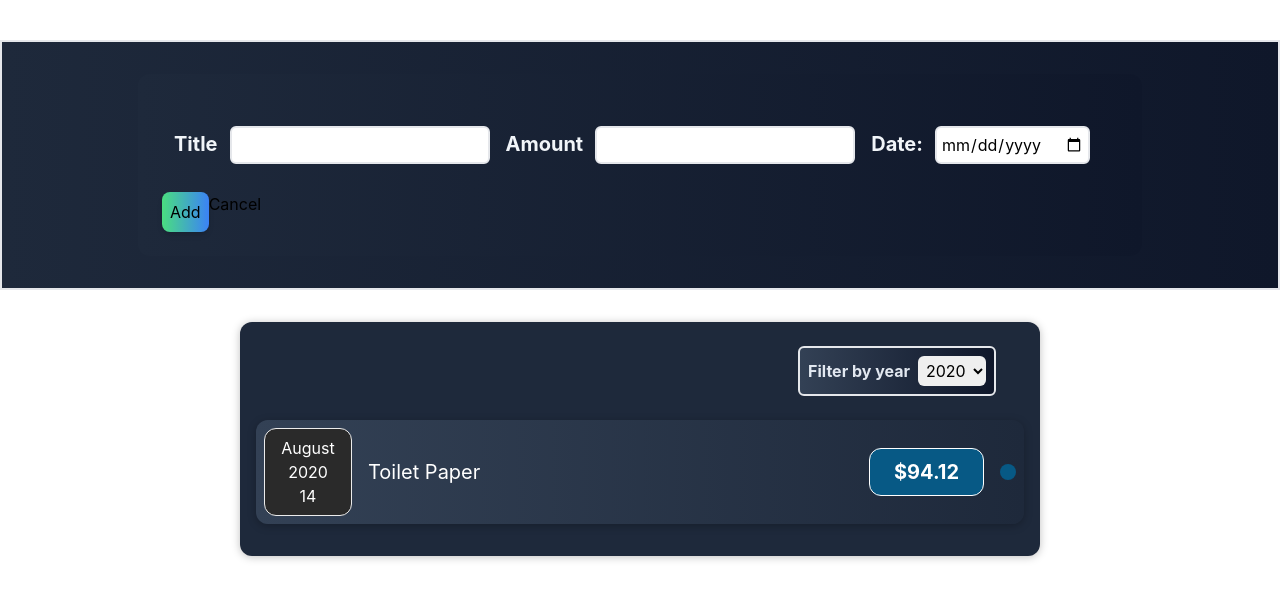
Repository: Sef24/expense-tracker
Page: /, after clicking the first element matching `button`
These files come from the project's save history. The page is drawn as it stood at one moment and after the next save; the edit follows.
The browser window is 1280 px wide. The pictures show the whole page.
The project was rebuilt for these pictures with package versions that can differ from the ones it lists, and the page was loaded fresh each time. Also part of the build but not shown: src/components/NewExpense/NewExpense.css, src/components/NewExpense/ExpenseForm.css.

Above is the page before, as saved 2022-05-03 16:41:00.

### public/index.html
<!DOCTYPE html>
<html lang="en">
  <head>
    <meta charset="utf-8" />
    <link rel="icon" href="%PUBLIC_URL%/favicon.ico" />
    <meta name="viewport" content="width=device-width, initial-scale=1" />

    <meta
      name="description"
      content="Web site created using create-react-app"
    />
    <link rel="apple-touch-icon" href="%PUBLIC_URL%/logo192.png" />
    <!--
      manifest.json provides metadata used when your web app is installed on a
      user's mobile device or desktop. See https://developers.google.com/web/fundamentals/web-app-manifest/
    -->
    <link rel="manifest" href="%PUBLIC_URL%/manifest.json" />
    <!--
      Notice the use of %PUBLIC_URL% in the tags above.
      It will be replaced with the URL of the `public` folder during the build.
      Only files inside the `public` folder can be referenced from the HTML.

      Unlike "/favicon.ico" or "favicon.ico", "%PUBLIC_URL%/favicon.ico" will
      work correctly both with client-side routing and a non-root public URL.
      Learn how to configure a non-root public URL by running `npm run build`.
    -->
    <title>React App</title>
  </head>
  <body>
    <noscript>You need to enable JavaScript to run this app.</noscript>
    <div id="root"></div>
    <!--
      This HTML file is a template.
      If you open it directly in the browser, you will see an empty page.

      You can add webfonts, meta tags, or analytics to this file.
      The build step will place the bundled scripts into the <body> tag.

      To begin the development, run `npm start` or `yarn start`.
      To create a production bundle, use `npm run build` or `yarn build`.
    -->
  </body>
</html>

### src/App.js
import Expenses from "./components/Expenses";
import NewExpense from "./components/NewExpense/NewExpense";
import { useState } from "react";

const DUMMY_DATA = [
  {
    id: "e1",
    title: "Toilet Paper",
    amount: 94.12,
    date: new Date(2020, 7, 14),
  },
  { id: "e2", title: "New TV", amount: 799.49, date: new Date(2021, 2, 12) },
  {
    id: "e3",
    title: "Car Insurance",
    amount: 294.67,
    date: new Date(2021, 2, 28),
  },
  {
    id: "e4",
    title: "New Desk (Wooden)",
    amount: 450,
    date: new Date(2021, 5, 12),
  },
];

function App() {
  const [expenses, setExpenses] = useState(DUMMY_DATA);

  const addExpenseHandler = (expense) => {
    setExpenses((prevExpenses) => {
      return [expense, ...prevExpenses];
    });
  };
  return (
    <div>
      <div>
        <NewExpense onAddExpense={addExpenseHandler} />
        <Expenses items={expenses} />
      </div>
    </div>
  );
}

export default App;

### src/components/Expenses.js
import React, { useState } from "react";
import ExpenseItem from "./ExpenseItem";
import "./Expenses.css";
import ExpensesList from "./ExpensesList";
import ExpensesFilter from "./NewExpense/ExpensesFilter";

function Expenses(props) {
  const [filteredYear, setFilteredYear] = useState("2020");

  const filterChangeHandler = (selectedYear) => {
    setFilteredYear(selectedYear);
  };

  const filteredExpenses = props.items.filter((expense) => {
    return expense.date.getFullYear().toString() === filteredYear;
  });

  return (
    <div>
      <div className="expenses  bg-slate-800 ... ">
        <ExpensesFilter
          selected={filteredYear}
          onChangeFilter={filterChangeHandler}
        />
        <ExpensesList items={filteredExpenses} />
      </div>
    </div>
  );
}

export default Expenses;

### src/components/NewExpense/NewExpense.js
import React from "react";
import "./NewExpense.css";
import ExpenseForm from "./ExpenseForm";
import { useState } from "react";

function NewExpense(props) {
  const [isEditing, setIsEditing] = useState(false);

  const saveExpenseDataHandler = (enteredExpenseData) => {
    const expenseData = {
      ...enteredExpenseData,
      id: Math.random().toString(),
    };

    props.onAddExpense(expenseData);
    setIsEditing(false);
  };

  const startEditingHandler = () => {
    setIsEditing(true);
  };

  const stopEditingHandler = () => {
    setIsEditing(false);
  };

  return (
    <div
      className="flex w-full p-4 mt-10 items-center justify-center border-2
      bg-gradient-to-r from-slate-800 to-slate-900 ... px-10"
    >
      {!isEditing && (
        <button
          onClick={startEditingHandler}
          className="flex items-center justify-center border-2 p-4 rounded-lg text-slate-50"
        >
          Add Expense
        </button>
      )}
      {isEditing && (
        <ExpenseForm
          onSaveExpenseData={saveExpenseDataHandler}
          onCancel={stopEditingHandler}
        />
      )}
    </div>
  );
}

export default NewExpense;

### src/components/ExpenseItem.js
import React, { useState } from "react";
import "./ExpenseItem.css";
import ExpenseDate from "./ExpenseDate";

function ExpenseItem(props) {
  const [title, setTitle] = useState(props.title);

  const clickHandler = () => {
    setTitle("Updated");
    console.log(title);
  };

  return (
    <li>
      <div className="expense-item bg-gradient-to-r  from-slate-700  to-slate-800 ... border-x-cyan-100 ">
        <ExpenseDate date={props.date} />

        <div className="expense-item__description">
          <h2>{props.title}</h2>

          <div className="expense-item__price bg-sky-800">${props.amount}</div>
        </div>
        <button
          className="p-2 ml-4 border-transparent rounded-full border-0
        bg-sky-800 font-bold text-slate-50"
          onClick={clickHandler}
        ></button>
      </div>
    </li>
  );
}

export default ExpenseItem;

### src/components/Expenses.css
.expenses {
  padding: 1rem;

  margin: 2rem auto;
  width: 50rem;
  max-width: 95%;
  border-radius: 12px;
  box-shadow: 0 1px 8px rgba(0, 0, 0, 0.25);
}

### src/components/ExpensesList.js
import React from "react";

import ExpenseItem from "./ExpenseItem";

const ExpensesList = (props) => {
  if (props.items.length === 0) {
    return (
      <h2 className="text-white font-extrabold text-xl flex items-center justify-center">
        Found no expenses...
      </h2>
    );
  }

  return (
    <ul>
      {props.items.map((expense) => (
        <ExpenseItem
          key={expense.id}
          id={expense.id}
          title={expense.title}
          amount={expense.amount}
          date={expense.date}
        />
      ))}
    </ul>
  );
};

export default ExpensesList;

### src/components/NewExpense/ExpensesFilter.js
import React from "react";

const ExpensesFilter = (props) => {
  const dropdownChangeHandler = (event) => {
    props.onChangeFilter(event.target.value);
  };
  return (
    <div className="">
      <div className="flex justify-end p-2 mr-5 ">
        <div
          className="border-2  rounded-md border-inherit p-2 ml-6
        bg-gradient-to-r from-slate-700 to-slate-900 ..."
        >
          <label className="text-slate-200 font-bold mr-2">
            Filter by year
          </label>
          <select
            value={props.selected}
            onChange={dropdownChangeHandler}
            className="rounded-md p-1"
          >
            <option value="2022">2022</option>
            <option value="2021">2021</option>
            <option value="2020">2020</option>
            <option value="2019">2019</option>
          </select>
        </div>
      </div>
    </div>
  );
};

export default ExpensesFilter;

### src/components/NewExpense/ExpenseForm.js
import React, { useState } from "react";
import "./ExpenseForm.css";

function ExpenseForm(props) {
  const [titleHandler, setTitleHandler] = useState("");
  const [amountHandler, setAmountHandler] = useState("");
  const [dateHandler, setDateHandler] = useState("");

  const handleTitleChange = (event) => {
    setTitleHandler(event.target.value);
  };

  const handleAmountChange = (event) => {
    setAmountHandler(event.target.value);
  };

  const handleDateChange = (event) => {
    setDateHandler(event.target.value);
  };

  const handleSubmit = (event) => {
    event.preventDefault();

    const expenseData = {
      title: titleHandler,
      amount: amountHandler,
      date: new Date(dateHandler),
    };
    props.onSaveExpenseData(expenseData);
    setTitleHandler("");
    setAmountHandler("");
    setDateHandler("");
  };

  return (
    <form
      className="bg-gradient-to-r from-slate-800 to-slate-900 ... p-6 m-4 rounded-xl"
      onSubmit={handleSubmit}
    >
      <div className="flex justify-center pt-4 m-3">
        <div className="font-bold text-slate-100 text-xl mr-1 mt-1">Title</div>
        <input
          className="border-2 mr-4 ml-2 rounded-md p-1 hover:bg-slate-50 active:bg-slate-50 "
          type="text"
          onChange={handleTitleChange}
          value={titleHandler}
        />

        <div className="font-bold text-slate-100 text-xl mr-1 mt-1">Amount</div>
        <input
          className="border-2 mr-4 ml-2 rounded-md p-1 hover:bg-slate-50 active:bg-slate-50"
          type="number"
          min="0.01"
          step="0.01"
          onChange={handleAmountChange}
          value={amountHandler}
        />

        <div className="font-bold text-slate-100 text-xl mr-1 mt-1">Date:</div>
        <input
          className="border-2 mr-4 ml-2 rounded-md p-1 hover:bg-slate-50 active:bg-slate-50"
          type="date"
          onChange={handleDateChange}
          value={dateHandler}
        />
      </div>
      <div className="flex">
        <button
          type="submit"
          className="p-2 mt-4 border-3 border-solid rounded-lg shadow-md
          bg-gradient-to-r from-green-400 to-blue-500
          hover:from-pink-500 hover:to-yellow-500 ...
          active:opacity-75"
        >
          Add
        </button>
        <button
          type="button"
          onClick={props.onCancel}
          className="flex items-center justify-center"
        >
          Cancel
        </button>
      </div>
    </form>
  );
}

export default ExpenseForm;

### src/components/ExpenseItem.css
.expense-item {
  display: flex;
  justify-content: space-between;
  align-items: center;
  box-shadow: 0 2px 8px rgba(0, 0, 0, 0.25);
  padding: 0.5rem;
  margin: 1rem 0;
  border-radius: 12px;
}

.expense-item__description {
  display: flex;
  flex-direction: column;
  gap: 1rem;
  align-items: flex-end;
  flex-flow: column-reverse;
  justify-content: flex-start;
  flex: 1;
}

.expense-item h2 {
  color: #3a3a3a;
  font-size: 1rem;
  flex: 1;
  margin: 0 1rem;
  color: white;
}

.expense-item__price {
  font-size: 1rem;
  font-weight: bold;
  color: white;

  border: 1px solid white;
  padding: 0.5rem;
  border-radius: 12px;
}

@media (min-width: 580px) {
  .expense-item__description {
    flex-direction: row;
    align-items: center;
    justify-content: flex-start;
    flex: 1;
  }

  .expense-item__description h2 {
    font-size: 1.25rem;
  }

  .expense-item__price {
    font-size: 1.25rem;
    padding: 0.5rem 1.5rem;
  }
}

### src/components/ExpenseDate.js
import React from "react";
import "./ExpenseDate.css";

function ExpenseDate(props) {
  const month = props.date.toLocaleString("en-US", { month: "long" });
  const day = props.date.getDate();
  const year = props.date.getFullYear();

  return (
    <div className="expense-date">
      <div className="expense__month">{month}</div>
      <div className="expense__year">{year}</div>
      <div className="expense__day">{day}</div>
    </div>
  );
}

export default ExpenseDate;

Loaded but not shown: src/index.js (common file); src/index.css (common file); src/components/ExpenseDate.css (common file); tailwind.config.js (common file)

After the next save:
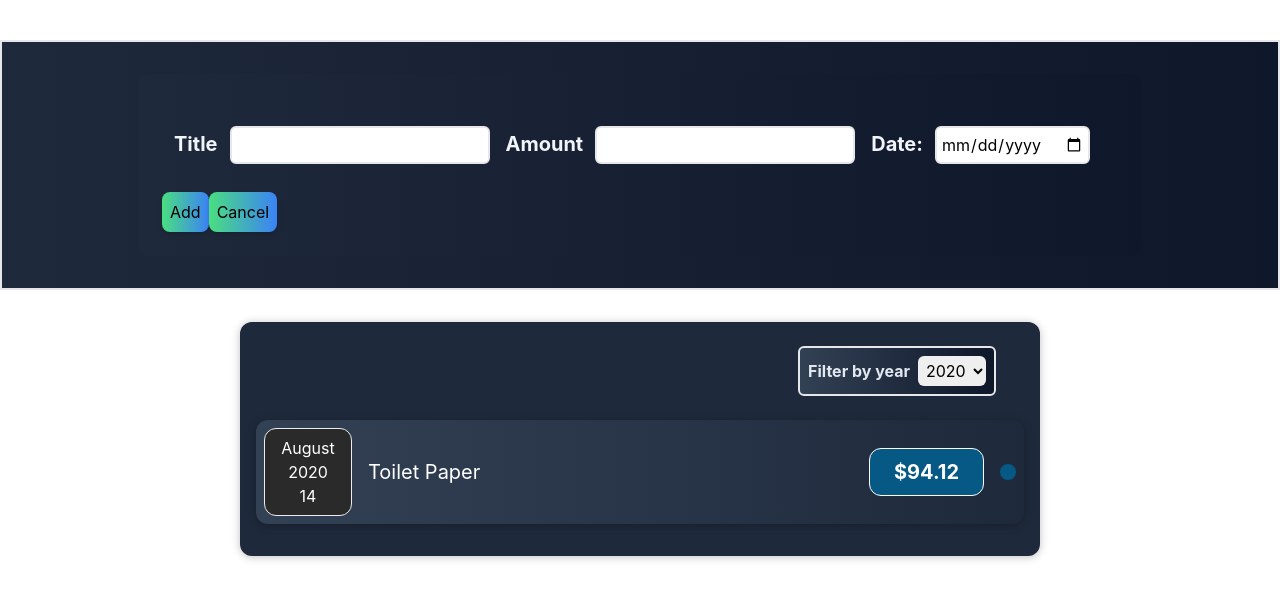
Saved 28 s later.
--- a/src/components/NewExpense/ExpenseForm.js
+++ b/src/components/NewExpense/ExpenseForm.js
@@ -77,7 +77,10 @@ function ExpenseForm(props) {
         <button
           type="button"
           onClick={props.onCancel}
-          className="flex items-center justify-center"
+          className="p-2 mt-4 border-3 border-solid rounded-lg shadow-md
+          bg-gradient-to-r from-green-400 to-blue-500
+          hover:from-pink-500 hover:to-yellow-500 ...
+          active:opacity-75"
         >
           Cancel
         </button>
